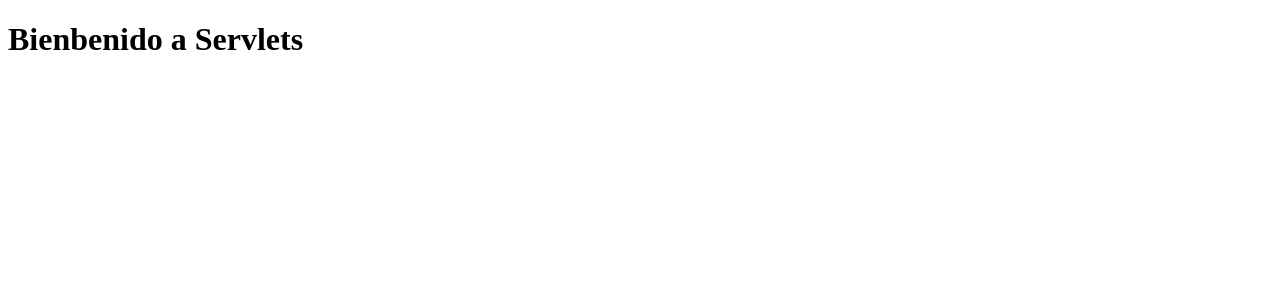
Repository: Juandrg24/ProgramacionWebI
Page: Servlets/ProyectosEclipse/intro_servlets/src/main/web/index.html
An editor plug-in stored every save of this project. The page is shown before and after the next save, followed by the edit.
The browser window is 1280 px wide. The pictures show the whole page.

Above is the page before, as saved 2024-05-01 01:53:41.

### Servlets/ProyectosEclipse/intro_servlets/src/main/web/index.html
<!DOCTYPE html>
<html lang="es">
<head>
<meta charset="UTF-8">
<title>Introduccion Servlets</title>
</head>
<body>
	<h1>Bienbenido a Servlets</h1>
</body>
</html>

After the next save:
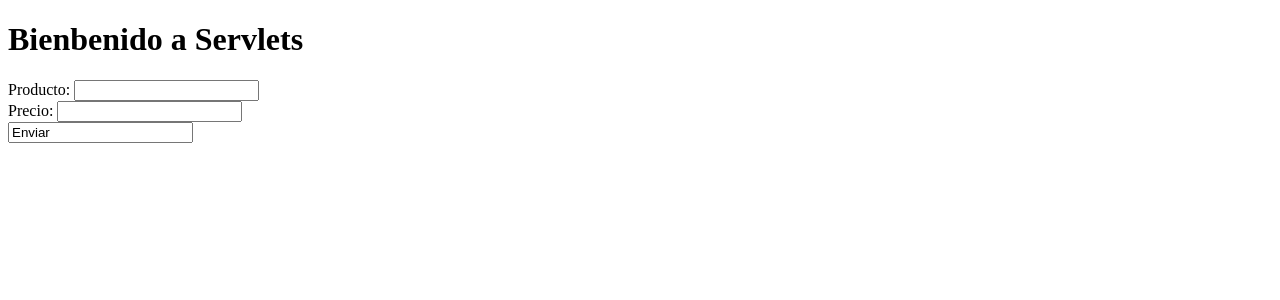
Saved 3 min 23 s later.
--- a/Servlets/ProyectosEclipse/intro_servlets/src/main/web/index.html
+++ b/Servlets/ProyectosEclipse/intro_servlets/src/main/web/index.html
@@ -6,5 +6,24 @@
 </head>
 <body>
 	<h1>Bienbenido a Servlets</h1>
+	<form action="">
+		<div>
+			<label>Producto: </label>
+			<input type="text" name="producto">
+		</div>
+		<div>
+			<label>Precio: </label>
+			<input type="number" name="precio">
+		</div>
+		<div>
+
+			<input type="sumit"  value="Enviar">
+		</div>
+
+
+
+
+	</form>
+
 </body>
 </html>
